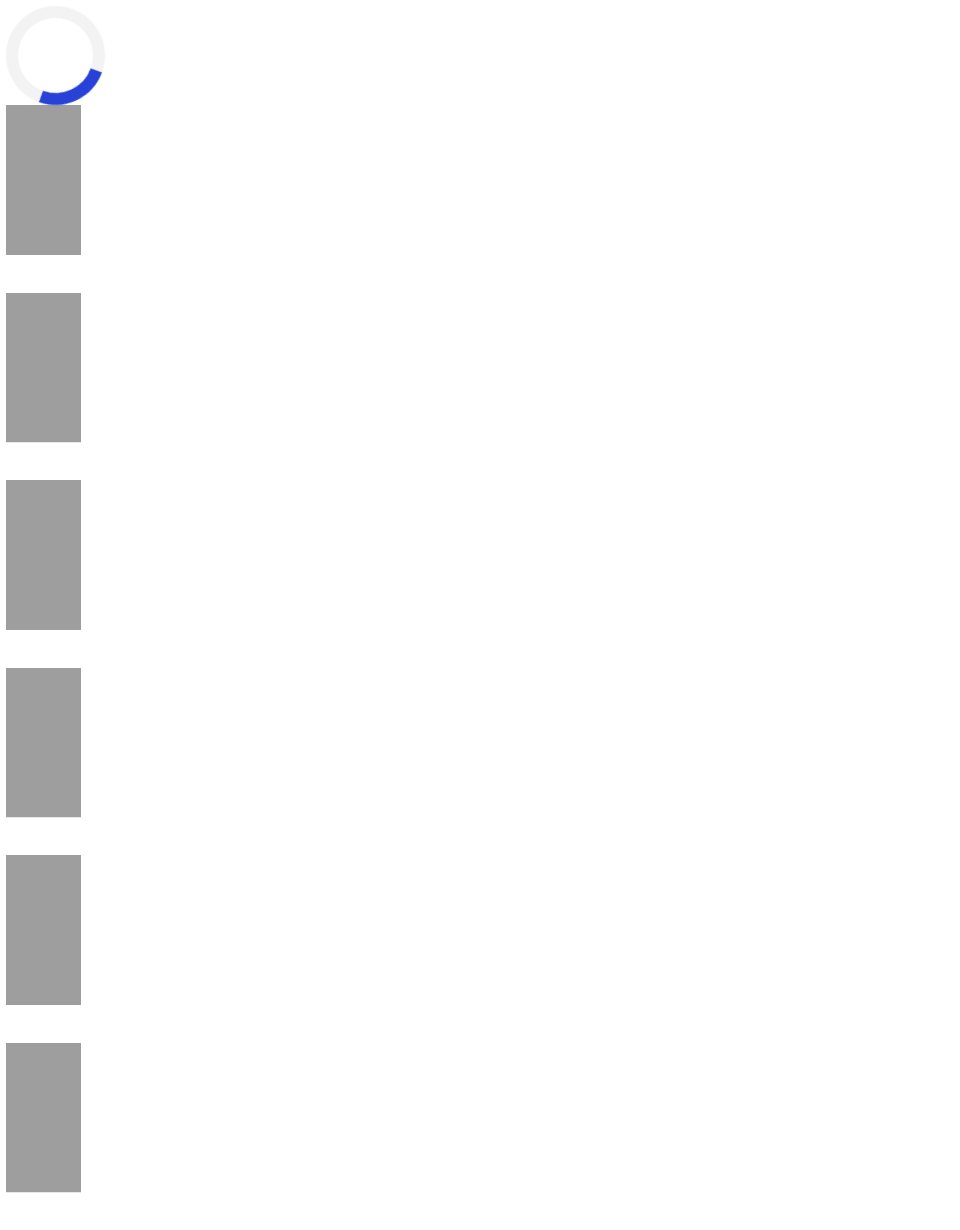
Repository: 1166544/c-toural
Page: packages/test.html
These files come from the project's save history. The page is drawn as it stood at one moment and after the next save; the edit follows.
The browser window is 1280 px wide. The pictures show the whole page, at 75% of full size.
Pictures or frames that could not be fetched are drawn as grey boxes.

Above is the page before, as saved 2021-01-04 11:25:57.

After the next save:
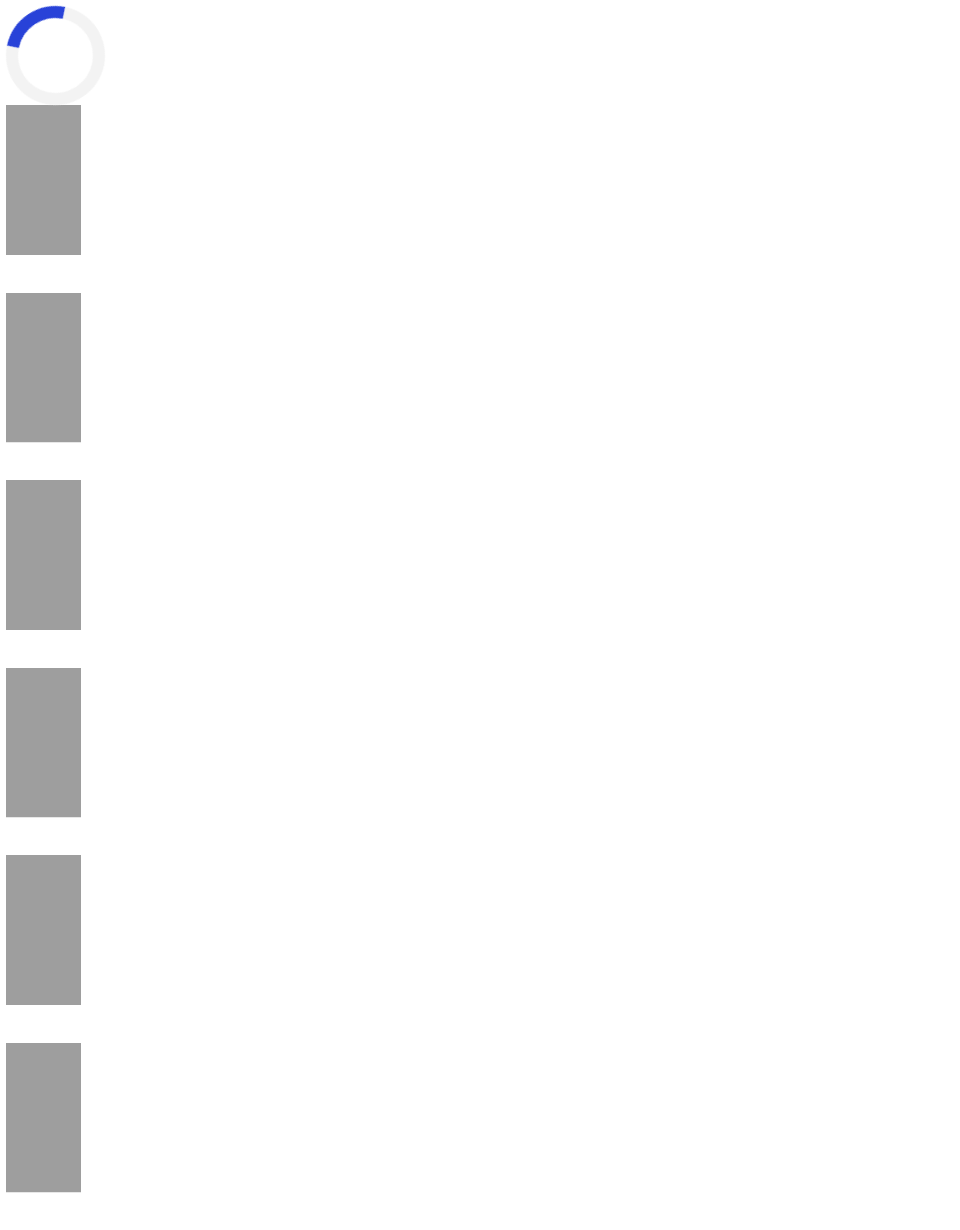
Saved 8 s later.
--- a/packages/test.html
+++ b/packages/test.html
@@ -16,7 +16,7 @@
             border-top: 16px solid #2842d8;
             width: 100px;
             height: 100px;
-            animation: rotate 4s linear infinite;
+            animation: rotate 3s linear infinite;
         }
         .rotate-animate .fill-color {
             margin-left: 20px;
